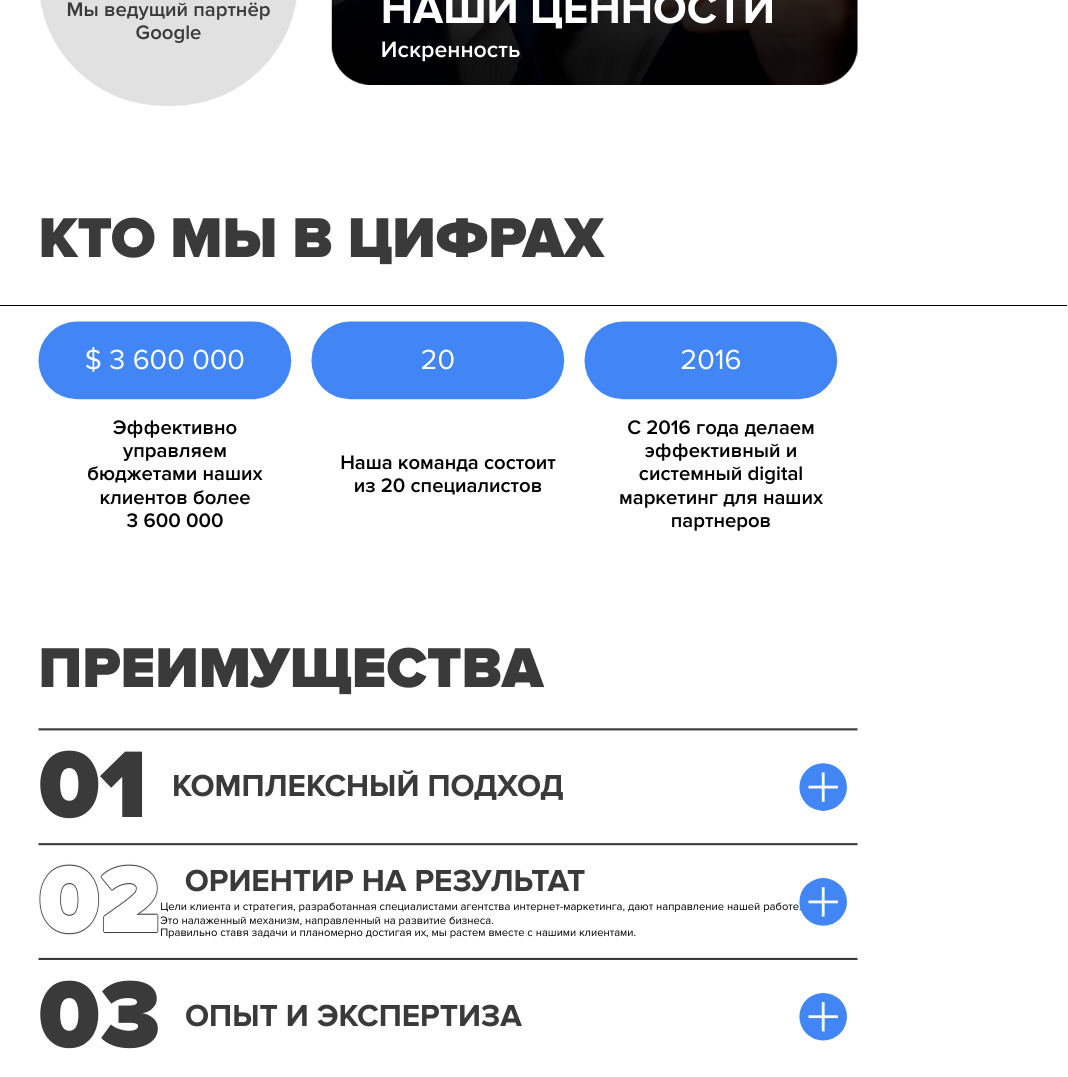
Repository: fanbear/Mnews
Page: index.html
An editor plug-in stored every save of this project. The page is shown before and after the next save, followed by the edit.
The browser window is 1280 px wide. The page is 1525 px wide, so the pictures cover 1525 px, including what lies to the right of the window. The pictures show the part of the page from y = 2468 to 4068 px (the page is 4006 px tall before and 4068 px after), at 70% of full size.
Some web libraries are served in a nearby version.

Above is the page before, as saved 2022-07-26 21:13:34.

### index.html
<!DOCTYPE html>
<html lang="ua">

<head>
    <meta charset="UTF-8">
    <meta http-equiv="X-UA-Compatible" content="IE=edge">
    <meta name="viewport" content="width=device-width, initial-scale=1.0">
    <title>Document</title>
    <link rel="stylesheet" href="./css/normalize.css">
    <link rel="stylesheet" href="./css/bootstrap-grid.min.css">
    <link rel="stylesheet" href="css/critical.css">

    <link rel="stylesheet" href="https://cdnjs.cloudflare.com/ajax/libs/font-awesome/6.1.2/css/all.min.css">
    <link rel="stylesheet" href="css/main.css">

</head>

<body>
    <header class="header">
        <div class="container">
            <div class="row">
                <div class="col-xl-2">
                    <a href="/" class="header-logo">
                        <img src="./image/logotype.png" alt="Mnews" width="145" height="60">
                    </a>
                </div>
                <div class="col-xl-4"></div>
                <div class="col-xl-4"><a class="header-mail" href="mailTo:m@mnews.agency ">m@mnews.agency</a></div>
                <div class="col-xl-1 header-active">
                    <div class="header-search">
                        <img src="./image/search.png" alt="search-mnews" width="30" height="30">
                    </div>
                    <div class="header-callback">
                        <a href="tel:09966668741"><img src="./image/callback.png" width="27" height="27"
                                alt="mnews-callback"></a>
                    </div>
                </div>
                <div class="col-xl-1 header-menu">
                    <div class="header-language">
                        <a class="header-language__active" href="/">Ua</a>
                        <a href="/en">En</a>
                    </div>
                    <div class="header-menu">
                        <div class="header-menu__button">
                            <span class="circle"></span>
                            <span class="circle"></span>
                            <span class="circle"></span>
                        </div>
                        <div class="header-menu__list">
                            <ul>
                                <li><a href="/">О нас</a></li>
                                <li><a href="/">Отзывы</a></li>
                                <li><a href="/">Услуги</a></li>
                                <li><a href="/">Портфолио</a></li>
                                <li><a href="/">Клиенты</a></li>
                                <li><a href="/">Статьи</a></li>
                                <li><a href="/">Курс по Merchant Center</a></li>
                                <li><a href="/">Курсы по digital маркетингу</a></li>
                            </ul>
                        </div>
                    </div>
                </div>
            </div>
        </div>
    </header>
    <main class="main">

        <div class="container-fluid main-agency">

            <div class="main-agency__bg">
                <div class="main-agency__text">
                    <div class="container">
                        <div class="row" style="position: relative;">
                            <div class="main-agency__name">MNEWS.AGENCY</div>
                            <h1>АГЕНТСТВО <br> ИНТЕРНЕТ МАРКЕТИНГА</h1>
                            <div class="main-agency__brif">
                                <span>Обсудим Ваш проект прямо сейчас?</span>
                                <a href="/"><span>Перейти к брифу</span></a>
                            </div>
                            <div class="main-agency__network">
                                <a href="/"><i class="fa-brands fa-facebook-f"></i></a>
                                <a href="/"><i class="fa-brands fa-instagram"></i></a>
                                <a href="/"><i class="fa-brands fa-youtube"></i></a>
                                <a href="/"><i class="fa-brands fa-telegram"></i></a>
                                <a href="/"><i class="fa-brands fa-behance"></i></a>
                                <a href="/"><i class="fa-brands fa-ups"></i></a>
                            </div>
                        </div>
                    </div>
                </div>
                <img src="./image/main-page-header-bg.png" alt="mnews-agency" width="100%" height="auto">
            </div>
        </div>

        <div class="container who">
            <div class="row">
                <div class="who-text">
                    Агентство интернет маркетинга в Киеве и Харькове.
                    Как найти агентство интернет-маркетинга, чья работа будет эффективной для вашего бизнеса?
                    Почему Mnews пользуется популярностью?
                </div>
                <div class="who-title">
                    <h2>КТО МЫ?</h2>
                </div>
                <div class="who-elements">
                    <aside class="who-elements__bar">
                        <div class="who-elements__bar-items">
                            <img src="./image/who-bar-1.png" alt="Мы маркетинг-партнеры Facebook" width="228"
                                height="228">
                            <p>Мы <br> маркетинг-партнеры <br> Facebook</p>
                        </div>
                        <div class="who-elements__bar-items">
                            <img src="./image/who-bar-2.png" alt="Входим в топ-агентств digital-маркетинга Украины"
                                width="228" height="228">
                            <p>Входим в топ-агентств <br> digital-маркетинга <br> Украины</p>
                        </div>
                        <div class="who-elements__bar-items">
                            <img src="./image/who-bar-3.png" alt="Мы ведущий партнёр Google" width="228" height="228">
                            <p>Мы ведущий партнёр <br> Google</p>
                        </div>
                    </aside>
                    <div class="who-elements__items">
                        <div class="who-elements__item">
                            <img src="./image/who-elements-item-1.png" alt="НАША МИССИЯ" width="751" height="579">
                            <p>НАША МИССИЯ</p>
                            <span>Способствовать развитию бизнеса</span>
                        </div>
                        <div class="who-elements__item item-white">
                            <img src="./image/who-elements-item-2.png" alt="НАШИ ЦЕННОСТИ" width="751" height="579">
                            <p>НАШИ ЦЕННОСТИ</p>
                            <span>Искренность</span>
                        </div>

                    </div>
                </div>
                <div class="who-digit">
                    <div class="who-digit__title">КТО МЫ В ЦИФРАХ</div>
                    <div class="who-digit__wrapper">
                        <div class="who-digit-item">
                            <lable><span>$ 3 600 000</span></lable>
                            <p>Эффективно управляем бюджетами наших клиентов более <br> 3 600 000</p>
                        </div>
                        <div class="who-digit-item">
                            <lable><span>20</span></lable>
                            <p>Наша команда состоит из 20 специалистов</p>
                        </div>
                        <div class="who-digit-item">
                            <lable><span>2016</span></lable>
                            <p>С 2016 года
                                делаем эффективный
                                и системный
                                digital маркетинг для наших партнеров</p>
                        </div>
                    </div>
                </div>
            </div>
        </div>
        <div class="container benefits">
            <div class="row">
                <div class="benefits-title">ПРЕИМУЩЕСТВА</div>
                <div class="benefits-tab__wrapper">
                    <div class="benefint-tab__item">
                        <div class="benefint-tab__item-head">
                            <div class="col-lg-12">
                                <p>01</p>
                            </div>
                        </div>
                        <div class="benefint-tab__item-body">
                            <p>КОМПЛЕКСНЫЙ ПОДХОД</p>
                        </div>
                        <div class="benefint-tab__item-button">
                            <span class="benefint-tab__item-horizontal"></span>
                            <span class="benefint-tab__item-vertical"></span>
                        </div>
                    </div>
                    <div class="benefint-tab__item benefint-tab__item-active">
                        <div class="benefint-tab__item-head">
                            <p>02</p>
                        </div>
                        <div class="benefint-tab__item-body">
                            <p>ОРИЕНТИР НА РЕЗУЛЬТАТ</p>
                            <div class="item-body__text">
                                Цели клиента и стратегия, разработанная специалистами агентства интернет-маркетинга,
                                дают направление нашей работе.
                                <br>
                                Это налаженный механизм, направленный на развитие бизнеса.
                                <br>
                                Правильно ставя задачи и планомерно достигая их, мы растем вместе с нашими клиентами.

                            </div>
                        </div>
                        <div class="benefint-tab__item-button">
                            <span class="benefint-tab__item-horizontal"></span>
                            <span class="benefint-tab__item-vertical"></span>
                        </div>
                    </div>
                    <div class="benefint-tab__item">
                        <div class="benefint-tab__item-head">
                            <div class="col-lg-12">
                                <p>03</p>
                            </div>
                        </div>
                        <div class="benefint-tab__item-body">
                            <p>ОПЫТ И ЭКСПЕРТИЗА</p>
                        </div>
                        <div class="benefint-tab__item-button">
                            <span class="benefint-tab__item-horizontal"></span>
                            <span class="benefint-tab__item-vertical"></span>
                        </div>
                    </div>
                </div>
            </div>
        </div>


    </main>
    <footer class="footer">

        <script src="/js/bootstrap.min.js"></script>
        <script src="js/menu.js"></script>
        <script src="js/main.js"></script>
        <script src="https://kit.fontawesome.com/97e5db9e95.js" crossorigin="anonymous"></script>

    </footer>
</body>

</html>

### css/critical.css
@import 'settings.css';


.container {
    max-width: 1170px;
}

.container-fluid {
    padding: 0;
}

a {
    text-decoration: none;
    padding: 0;
    margin: 0;
}

p {
    padding: 0;
    margin: 0;
}

ul {
    padding: 0;
    margin: 0;
}

body {
    font-family: "ProximaNova";
}

/* Header style **********************
***************************************/
header {
    height: 90px;
    display: flex;
    justify-content: center;
    align-items: center;
}

.header-mail {
    display: flex;
    align-items: center;
    justify-content: center;
    height: 100%;
    color: var(--main-text-color);
    font-size: var(--standart-text-size);
    font-weight: bold;

}

.header-active {
    display: flex;
    align-items: center;
    justify-content: space-between;
}

.header-menu {
    display: flex;
    justify-content: space-between;
}

.header-language {
    display: flex;
    height: 100%;
    flex-direction: column;
    justify-content: center;
    margin-left: -10px;
}

.header-language a {
    font-size: 16px;
    color: var(--main-text-color);
    display: flex;
    justify-content: flex-end;
    font-weight: 200;
}

.header-language .header-language__active {
    font-size: 20px;
    color: #4285f4;
    display: flex;
    justify-content: flex-end;
    font-weight: bold;
}

.header-menu {
    position: relative;
}

.header-menu__button {
    display: flex;
    align-items: center;
    flex-direction: row;
    cursor: pointer;
    animation: menu-close 0.8s
}

.header-menu__button span {
    width: 10px;
    height: 10px;
    background: black;
    border-radius: 6px;
    margin: 0 1px;
}

.header-menu__button-active {
    justify-content: center;
    animation: menu-open 0.8s;
    flex-direction: column;
}

.header-menu__button-active span {
    background: #4285f4;
    transition: 0.4s;
    margin: 1px 0;
}




.header-menu__list {
    opacity: 0;
    position: absolute;
    top: -400px;
    right: -300px;
    background: var(--color-darkgrey);
    padding: 12px 15px 19px 29px;
    z-index: 9999;
    width: 190px;
    border-radius: 30px 0 30px 30px;
    animation: list-close 0.6s
}

.header-menu__list ul {
    text-align: right;
    margin: 0;
    padding: 0;
}

.header-menu__list ul li {
    list-style: none;
    padding: 5px 0;
}

.header-menu__list ul li a {
    text-decoration: none;
    white-space: nowrap;
    color: white;
    font-size: 16px;
    line-height: 12.5px;
}

.header-menu__list-active {
    opacity: 1;
    top: 90px;
    right: 0;
    animation: list-open 0.8s
}

@keyframes menu-open {
    0% {

        transform: scale(0);
    }

    100% {

        transform: scale(1);

    }
}

@keyframes menu-close {
    0% {

        transform: scale(0);
    }

    100% {

        transform: scale(1);
    }
}

@keyframes list-open {
    0% {
        top: -400px;
        right: -300px;
        transform: scale(0);
    }

    50% {
        top: -200px;
        right: -150px;
        transform: scale(0.5);
    }

    100% {
        top: 90px;
        right: 0;
        transform: scale(1);
    }
}

@keyframes list-close {
    0% {
        top: 90px;
        right: 0px;
        transform: scale(1);
        opacity: 1;
    }

    50% {
        top: -200px;
        right: -150px;
        transform: scale(0.5);
        opacity: 0.5;
    }

    100% {
        top: -400px;
        right: -300px;
        transform: scale(0);
        opacity: 0;
    }
}

/* Home page ******************************
********************************* */

.main-agency__bg {
    width: 100%;
    display: flex;
    height: auto;
    position: relative;
    margin-top: 5px;
    padding: 0;
}

.main-agency__text {
    position: absolute;
    display: flex;
    width: 100%;
}

.main-agency__name {
    margin-top: 190px;
    font-size: var(--medium-text-size);
    color: var(--main-text-color);
    font-weight: bold;
}

.main-agency__text h1 {
    color: white;
    margin-top: 60px;
    font-size: var(--big-text-size);
    font-weight: bold;
}

.main-agency__brif {
    margin-top: 257px;
    padding: 20px 23px 20px 68px;
    background: var(--color-darkgrey);
    border-radius: 55px;
    display: flex;
    align-items: center;
    justify-content: space-between;
}

.main-agency__brif span {
    color: white;
    font-size: var(--minimal-text-size);
    text-transform: uppercase;
}

.main-agency__brif a {
    padding: 20px 58px;
    border-radius: 34px;
    background: var(--color-blue);
    font-size: var(--medium-text-size);
    display: flex;
    color: white;
    font-weight: bold;
    text-transform: uppercase;
}

.main-agency__network {
    display: flex;
    flex-direction: column;
    align-items: flex-end;
    justify-content: center;
    position: absolute;
    right: 0;
    top: calc(50% - 26px * 6)
}

.main-agency__network a {
    display: flex;
    justify-content: center;
    width: 36px;
    margin: 6px 0;
}

.main-agency__network a i {
    font-size: 30px;
    color: var(--main-text-color);
    transition: 0.4s;
}

.main-agency__network a:nth-child(3) i {
    color: white;
}

.main-agency__network a i:hover {
    font-size: 40px;
    transition: 0.4s;
}


@font-face {
    font-family: "ProximaNova";
    src: url("../fonts/ProximaNova-Regular.ttf") format("truetype");
    font-style: normal;
    font-weight: 400;
}


@font-face {
    font-family: "ProximaNova";
    src: url("../fonts/ProximaNova-Bold.ttf") format("truetype");
    font-style: normal;
    font-weight: 600;
}

@font-face {
    font-family: "ProximaNova";
    src: url("../fonts/ProximaNova-Semibold.ttf") format("truetype");
    font-style: normal;
    font-weight: 500;
}

@font-face {
    font-family: "ProximaNova";
    src: url("../fonts/ProximaNova-Light.ttf") format("truetype");
    font-style: normal;
    font-weight: 200;
}

@font-face {
    font-family: "ProximaNova";
    src: url("../fonts/ProximaNova-Black.ttf") format("truetype");
    font-style: normal;
    font-weight: 800;
}

### css/main.css
/* .main {
    display: flex;
    flex-direction: column;
} */
/* html {
    overflow-x: hidden;
} */


img {
    max-width: 100%;
    display: block;
}

/* Who main page *********************************
************************************************** */
.who {
    display: flex;
    flex-direction: column;
    width: 100%;
}

.who-text {
    margin: 12px 0 108px 0;
    width: 80%;
    font-size: 41px;
    color: var(--main-text-color);
    font-weight: 500;
}

.who-title h2 {
    font-size: var(--big-text-size);
    color: var(--main-text-color);
    font-size: 800;
}

.who-elements {
    display: flex;
    justify-content: space-between;
}

.who-elements__bar {
    max-width: 361px;
    display: flex;
    flex-direction: column;
    justify-content: space-between;
    align-items: center;
    background-color: #e1e1e1;
    padding: 78px 25px;
    border-radius: 180px;

}

.who-elements__bar-items {
    display: flex;
    flex-direction: column;
    justify-content: center;
    align-items: center;
    margin: 9px;
}

.who-elements__bar-items p {
    text-align: center;
    margin-top: 15px;
    font-size: var(--minimal-text-size);
    font-weight: 500;
    color: var(--main-text-color);
}

.who-elements__item {
    position: relative;
    padding: 30px 0;
}

.who-elements__item p {
    font-size: var(--medium-text-size);
    color: var(--main-text-color);
    font-weight: 600;
    position: absolute;
    bottom: 100px;
    left: 70px;
}

.who-elements__item span {
    font-size: var(--standart-text-size);
    color: var(--main-text-color);
    position: absolute;
    font-weight: 500;
    bottom: 60px;
    left: 70px;
}

.who-elements__items .item-white p,
.who-elements__items .item-white span {
    color: white;
}

.who-digit {
    margin-top: 142px;
}

.who-digit__title {
    font-size: var(--big-text-size);
    color: var(--main-text-color);
    font-weight: 800;
}

.who-digit__wrapper {
    display: flex;
    justify-content: space-between;
    margin-top: 71px;
}

.who-digit-item {
    width: calc(100% / 3);
    height: 300px;
}

.who-digit-item lable {
    display: flex;
    justify-content: center;
    align-items: center;
    font-size: 41px;
    color: white;
    background-color: #4285f4;
    max-width: 361px;
    min-height: 111px;
    border-radius: 55px;
}

.who-digit__wrapper .who-digit-item p {
    font-size: var(--minimal-text-size);
    font-weight: 500;
    width: 80%;
    margin: 32px auto 0 auto;
    display: flex;
    align-items: center;
    height: 100%;
    text-align: center;
    height: 150px;
}

.digit-animation-0 {
    animation: typing 3.5s steps(60, end), blink-caret .7s step-end infinite;
    overflow: hidden;
    white-space: nowrap;
    text-align: center;
}

.digit-animation-1 {
    animation: typing 5s steps(30, end), blink-caret .7s step-end infinite;
    overflow: hidden;
    white-space: nowrap;
    text-align: center;
}

.digit-animation-2 {
    animation: typing 5s steps(30, end), blink-caret .7s step-end infinite;
    overflow: hidden;
    white-space: nowrap;
    text-align: center
}

@keyframes digit-animation {
    0% {
        transform: scale(1);
    }

    50% {
        transform: scale(0.95);
    }

    100% {
        transform: scale(1);
    }
}

@keyframes typing {
    from {
        width: 0
    }

    to {
        width: 100%
    }
}

@keyframes blink-caret {
    from, to {
        border-color: transparent
    }

    50% {
        border-color: orange
    }
}

/* Benefits main page ******************
******************************************/
.benefits {
    margin-top: 149px;
}

.benefits-title {
    font-size: var(--big-text-size);
    color: var(--main-text-color);
    font-weight: 800;
}

.benefits-tab__wrapper {
    margin-top: 37px;
}

.benefint-tab__item {
    border-top: 3px solid var(--main-text-color);
    display: flex;
    align-items: center;
    position: relative;
}

.benefint-tab__item-head p {
    font-size: 140px;
    font-weight: 800;
    color: var(--main-text-color)
}

.benefint-tab__item-body p {
    font-size: 45px;
    font-weight: 600;
    color: var(--main-text-color);
    margin-left: 35px;
}

.benefint-tab__item-button {
    width: 68px;
    height: 68px;
    border-radius: 50%;
    background-color: var(--color-blue);
    position: absolute;
    right: 15px;
    top: calc(50% - 34px);
    display: flex;
    justify-content: center;
    align-items: center;
    cursor: pointer;
}

.benefint-tab__item-horizontal {
    width: 4px;
    height: 42px;
    background-color: white;
}

.benefint-tab__item-vertical {
    width: 42px;
    height: 4px;
    background-color: white;
    position: absolute;
}

.benefint-tab__item-active .benefint-tab__item-head p {
    text-shadow: 1px 0 1px var(--main-text-color),
        0 1px 1px var(--main-text-color),
        -1px 0 1px var(--main-text-color),
        0 -1px 1px var(--main-text-color);
    color: white;
}

### js/menu.js
document.addEventListener('DOMContentLoaded', () => {
    const menuBtn = document.querySelector('.header-menu__button');
    const list = document.querySelector('.header-menu__list');

    const menuToggle = () => {
        list.classList.toggle('header-menu__list-active');
        menuBtn.classList.toggle('header-menu__button-active');
        return 0;

    }


    menuBtn.addEventListener('click', () => {
        menuToggle();
    })
})

### js/main.js
// digital count *********************
//************************************ */

let onScrollSwitch = false;
const digitWrapper = document.querySelector('.who-digit__wrapper');

const digitWidget = () => {
    const digitals = document.querySelectorAll('.who-digit-item');

    digitals.forEach((item, i) => {
        item.querySelector('span').classList.add(`digit-animation-${i}`);
    })
    return true;
}

if (digitWrapper) {
    document.addEventListener('scroll', (v) => {

        const offset = digitWrapper.offsetTop;
        let posTop = (window.pageYOffset !== undefined) ? window.pageYOffset : (document.documentElement || document.body.parentNode || document.body).scrollTop;

        if ((posTop + 700 > offset) && onScrollSwitch == false) {
            onScrollSwitch = digitWidget();
        }

    })
}

### css/settings.css
:root {
    /* color */
    --main-text-color: #3a3a3a;
    --color-darkgrey: #3a3a3a;
    --color-blue: #4285f4;
    /* font-size */
    --minimal-text-size: 29px;
    --standart-text-size: 33px;
    --medium-text-size: 63px;
    --big-text-size: 83px;
}

/* :text {

} */

Loaded but not shown: css/normalize.css (library); css/bootstrap-grid.min.css (library); js/bootstrap.min.js (library)

After the next save:
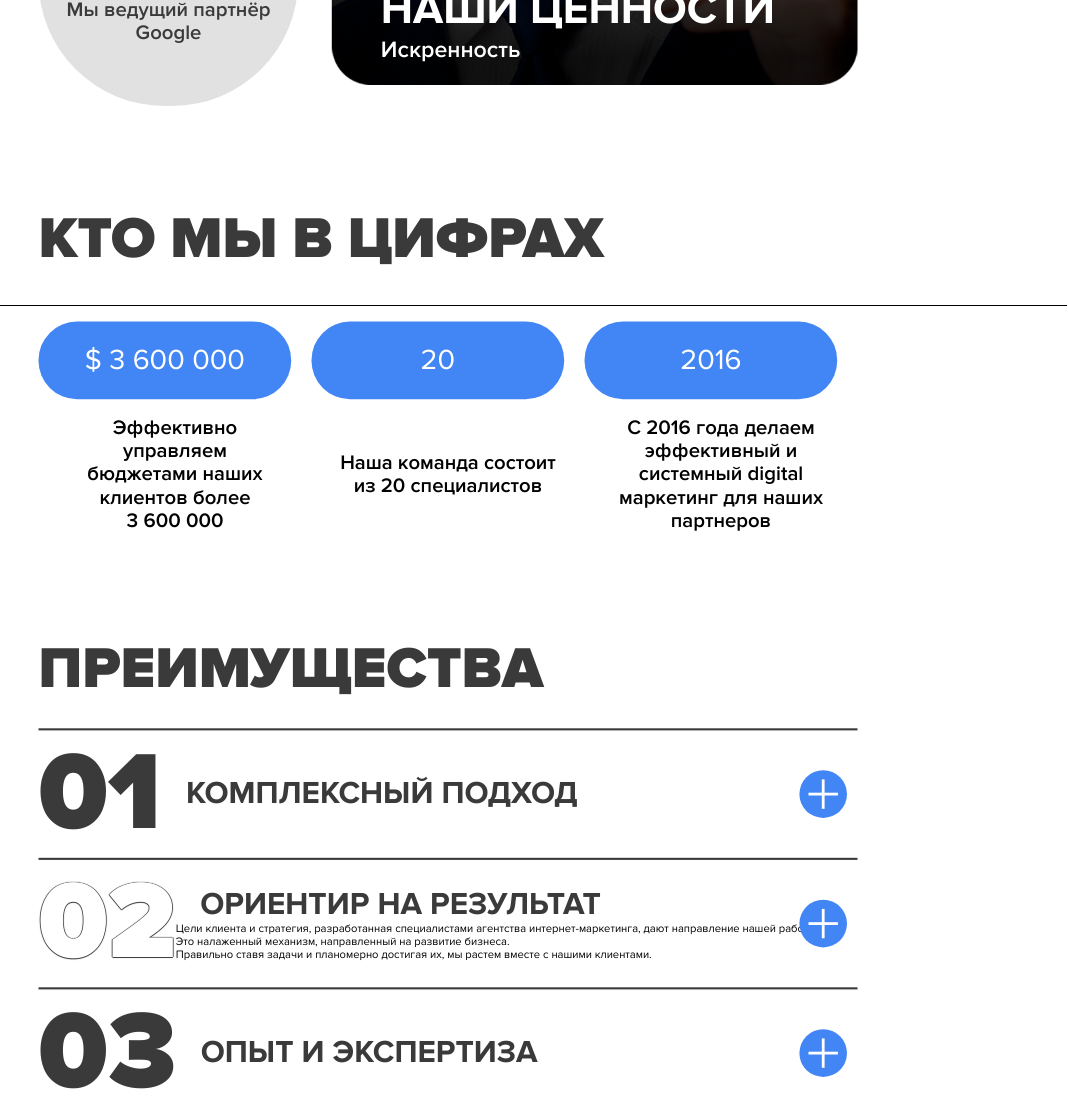
Saved 19 s later.
--- a/css/main.css
+++ b/css/main.css
@@ -219,7 +219,7 @@
 }
 
 .benefint-tab__item-head p {
-    font-size: 140px;
+    font-size: 158px;
     font-weight: 800;
     color: var(--main-text-color)
 }
